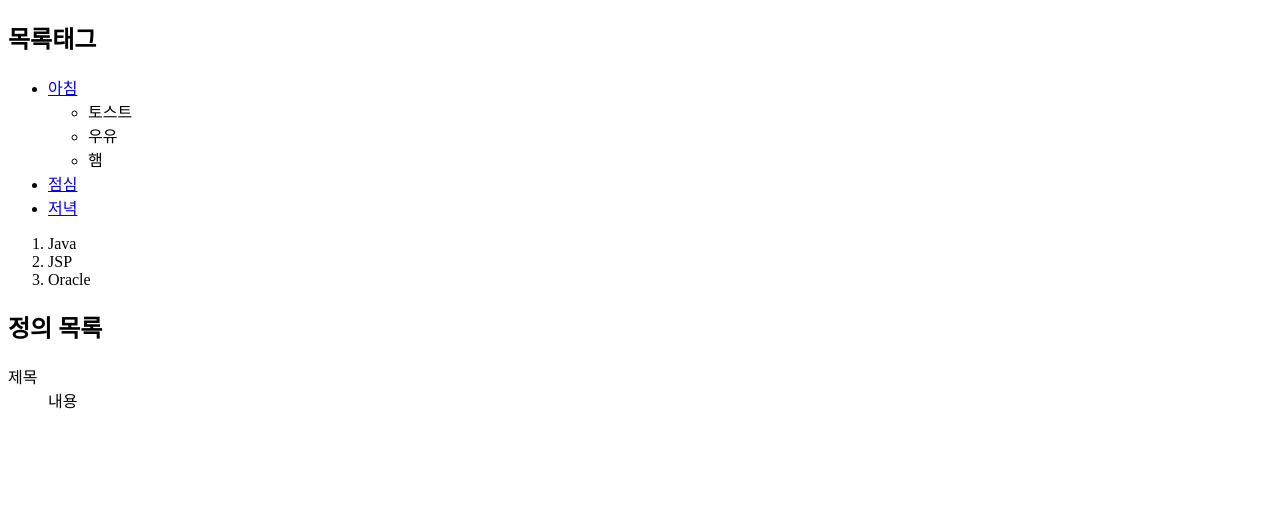
Repository: angelSuho/KCC_Learning_Repo
Page: Html/WebContent/list.html
These files come from the project's save history. The page is drawn as it stood at one moment and after the next save; the edit follows.
The browser window is 1280 px wide. The pictures show the whole page.

Above is the page before, as saved 2024-07-08 02:45:39.

### Html/WebContent/list.html
<!DOCTYPE html>
<html>
<head>
<meta charset="UTF-8">
<title>Insert title here</title>
<style type='text/css'>
/*
	li {
		display: inline;
		padding: 5px 15px;
		border-left: 1px solid #000;
	}

	a {
		text-decoration: none;
		color: darkgreen;
		font-weight: bold;
		fint-size: 18px;
	}
*/
</style>
</head>
<body>
	<h2>목록태그</h2>
	<ul>
		<li><a href="#">아침</a>
			<ul>
				<li>토스트</li>
				<li>우유</li>
				<li>햄</li>
			</ul>
		</li>
		<li><a href="#">점심</a></li>
		<li><a href="#">저녁</a></li>
	</ul>
	<ol>
		<li>Java</li>
		<li>JSP</li>
		<li>Oracle</li>
	</ol>

	<h2>정의 목록</h2>
	<dl>
		<dt>제목</dt>
		<dd>내용</dd>
	</dl>
</body>
</html>

After the next save:
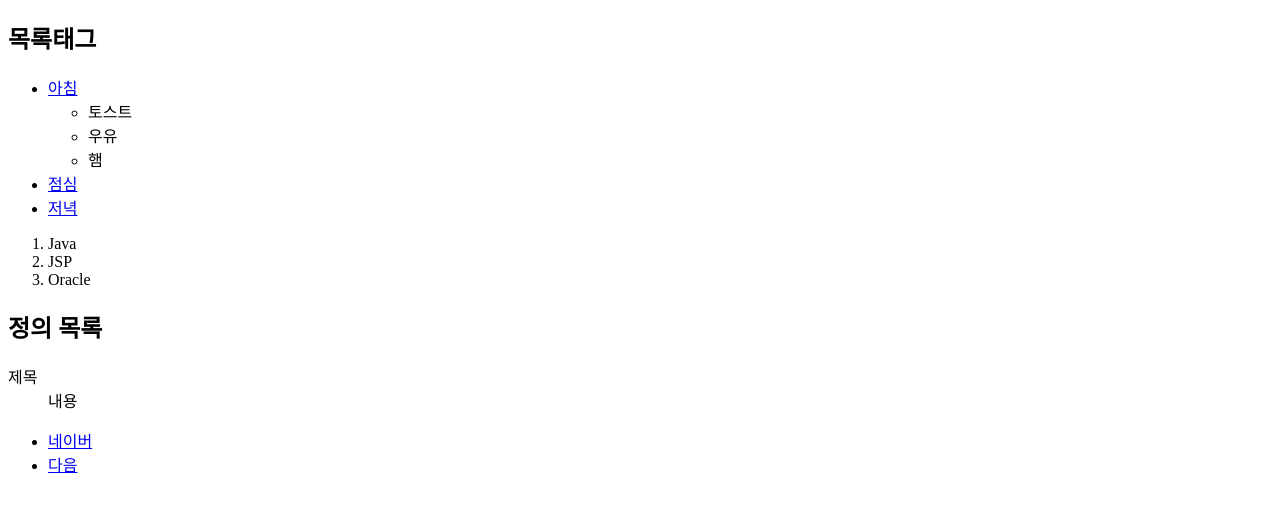
Saved 13 min 43 s later.
--- a/Html/WebContent/list.html
+++ b/Html/WebContent/list.html
@@ -44,5 +44,11 @@
 		<dt>제목</dt>
 		<dd>내용</dd>
 	</dl>
+
+	<ul>
+		<li><a href="www.naver.com">네이버</a></li>
+		<li><a href="www.daum.net">다음</a></li>
+
+	</ul>
 </body>
 </html>
